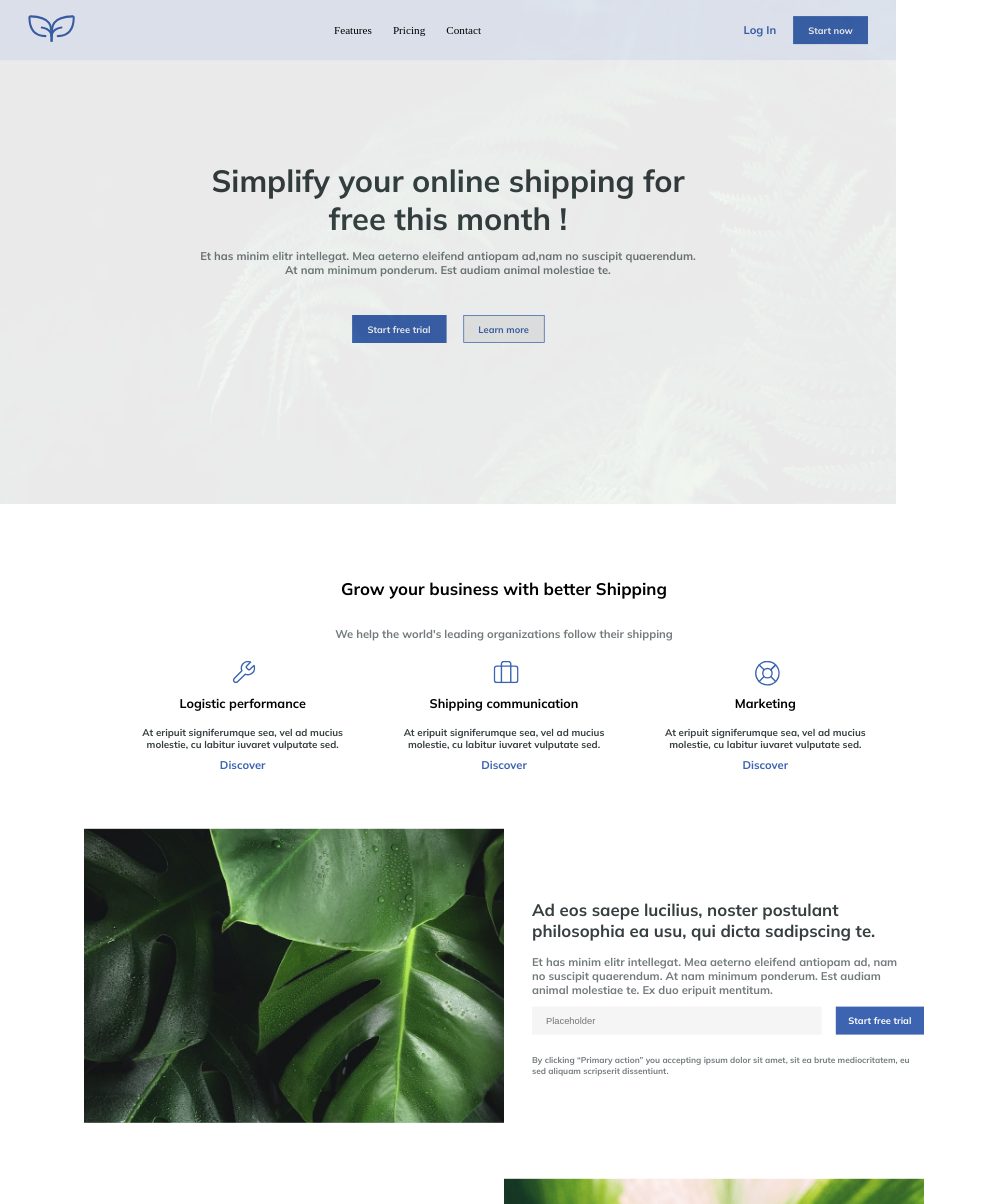
Repository: Mygit2001/LeTuSy_Test_Ecommage
Page: index.html
The author's editor kept a copy of each file at every save. The page is drawn from the files as they stood at one save, then again after the next save.
The browser window is 1280 px wide. The page is 1440 px wide, so the pictures cover 1440 px, including what lies to the right of the window. The pictures show the part of the page from y = 0 to 1720 px (the page is 2604 px tall), at 70% of full size.
Some web fonts or font styles are not loaded; a fallback is used.

Above is the page before, as saved 2023-02-15 19:50:31.

After the next save:
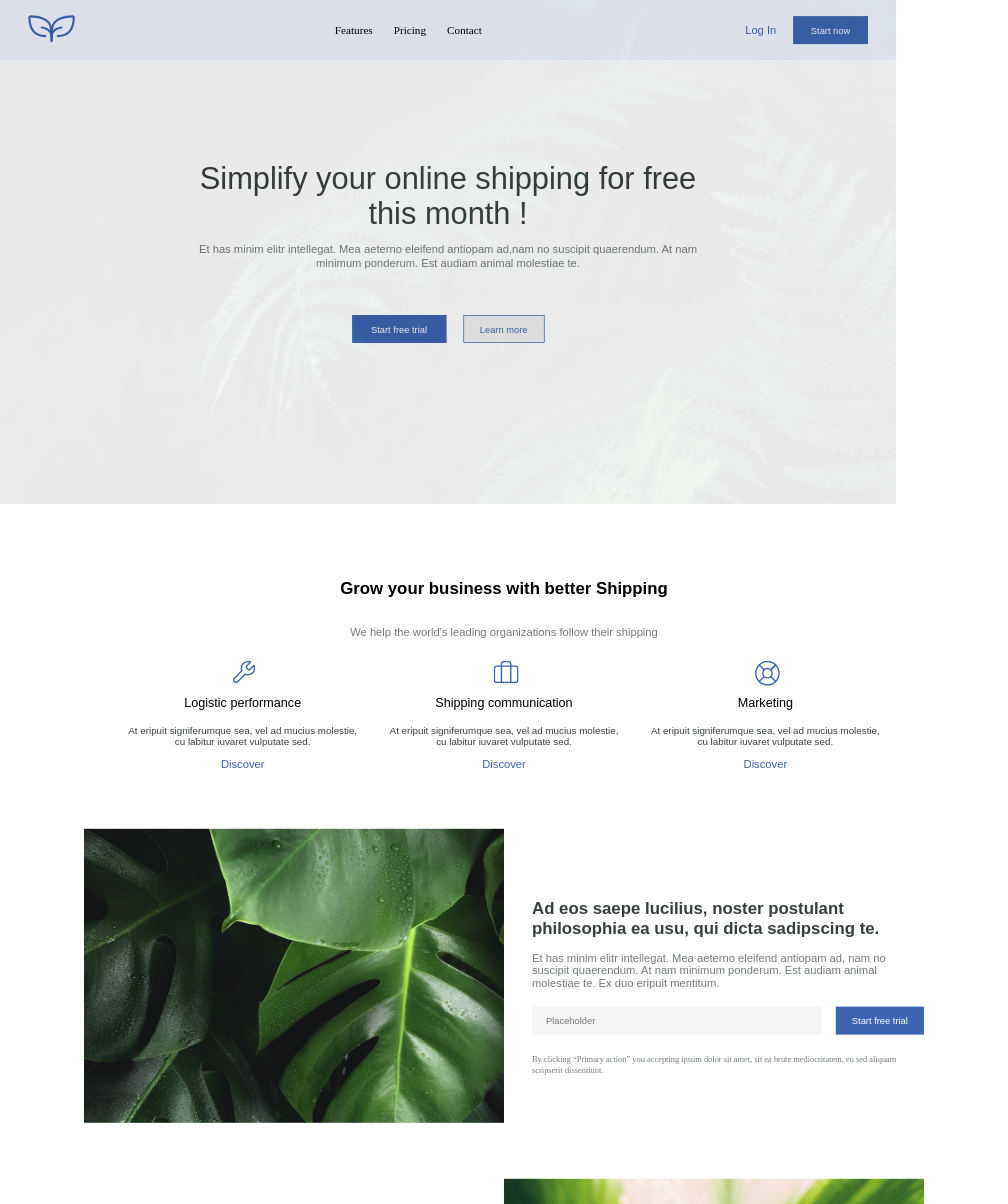
Saved 6 min 22 s later.
--- a/index.html
+++ b/index.html
@@ -10,7 +10,9 @@
     <link rel="preconnect" href="https://fonts.googleapis.com" />
     <link rel="preconnect" href="https://fonts.gstatic.com" crossorigin />
     <link
-      href="https://fonts.googleapis.com/css2?family=Mulish:wght@700&display=swap"
+      href="Font   https://fonts.google.com/specimen/Mulish
+
+      "
       rel="stylesheet"
     />
     <title>Ecommage test - Lê Tử Sỹ</title>
